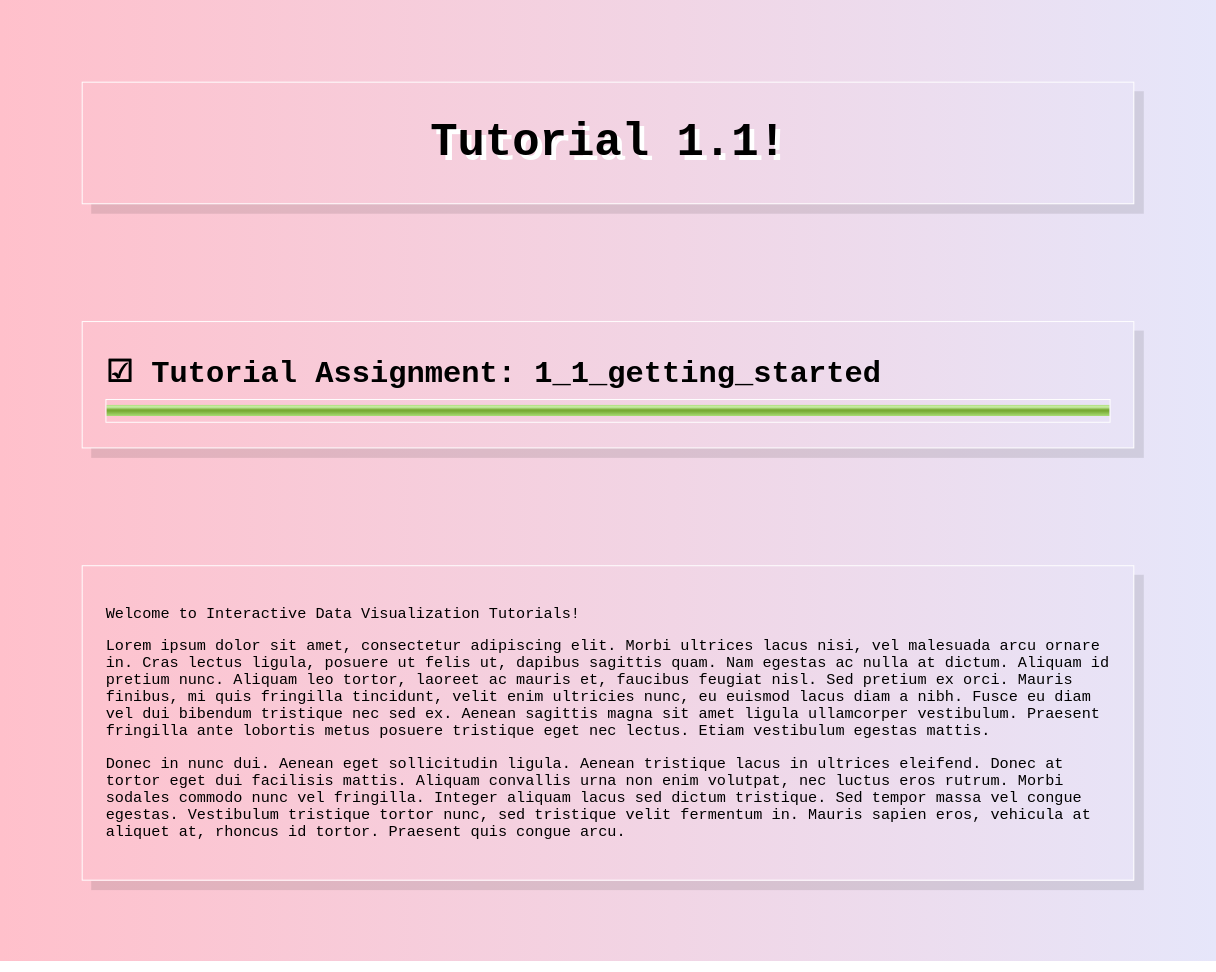
Repository: lisjak/Interactive-Data-Vis-Fall2022
Page: 1_1_getting_started/index.html
An editor plug-in stored every save of this project. The page is shown before and after the next save, followed by the edit.
The browser window is 1280 px wide. The pictures show the whole page, at 95% of full size.
Some web fonts or font styles are not loaded; a fallback is used.

Above is the page before, as saved 2022-09-04 22:12:19.

### 1_1_getting_started/index.html
<!DOCTYPE html>

<head>
    <meta charset="utf-8">

    <title>Interactive Data Visualization Tutorial</title>

    <link href="https://fonts.googleapis.com/css2?family=Azeret+Mono&display=swap" rel="stylesheet">

    <link rel="stylesheet" href="./style.css">
</head>

<body>
    <div>
        <h1>
            Tutorial 1.1!
        </h1>
    </div>
    <div>
        <h3>
            &#9745; Tutorial Assignment: 1_1_getting_started
        </h3>

        <meter min="0" max="100" low="0" high="100" optimum="100" value="100">100%</meter>
    </div>
    <div>
        <p>
            Welcome to Interactive Data Visualization Tutorials!
        </p>

        <p>
            Lorem ipsum dolor sit amet, consectetur adipiscing elit. Morbi ultrices lacus nisi, vel malesuada arcu ornare in. Cras lectus ligula, posuere ut felis ut, dapibus sagittis quam. Nam egestas ac nulla at dictum. Aliquam id pretium nunc. Aliquam leo tortor,
            laoreet ac mauris et, faucibus feugiat nisl. Sed pretium ex orci. Mauris finibus, mi quis fringilla tincidunt, velit enim ultricies nunc, eu euismod lacus diam a nibh. Fusce eu diam vel dui bibendum tristique nec sed ex. Aenean sagittis magna
            sit amet ligula ullamcorper vestibulum. Praesent fringilla ante lobortis metus posuere tristique eget nec lectus. Etiam vestibulum egestas mattis.
        </p>

        <p>
            Donec in nunc dui. Aenean eget sollicitudin ligula. Aenean tristique lacus in ultrices eleifend. Donec at tortor eget dui facilisis mattis. Aliquam convallis urna non enim volutpat, nec luctus eros rutrum. Morbi sodales commodo nunc vel fringilla. Integer
            aliquam lacus sed dictum tristique. Sed tempor massa vel congue egestas. Vestibulum tristique tortor nunc, sed tristique velit fermentum in. Mauris sapien eros, vehicula at aliquet at, rhoncus id tortor. Praesent quis congue arcu.
        </p>
    </div>
</body>

</html>

### 1_1_getting_started/style.css
body {
    background-image: linear-gradient(to right, pink, lavender);
    font-family: 'Azeret Mono', monospace;
    font-size: 16px;
    padding: 1em;
    display: flex;
    flex-direction: column;
}

div {
    align-items: center;
    justify-content: center;
    border: 1px solid white;
    padding: 2%;
    margin: 5%;
    box-shadow: 10px 10px 0px rgb(0 0 0 / 0.1);
    transition: 0.5s;
}

div:hover {
    border: 5px solid white;
    transition: 0.5s;
    box-shadow: 10px 10px 0px rgb(0 0 0 / 0.2);
}

meter {
    width: 100%;
    height: 25px;
    border: 1px solid white;
}

div h1 {
    font-size: 3em;
    margin: 0.25em 0;
    text-shadow: 5px 5px 0px white;
    text-align: center;
    font-weight: bold;
}

h3 {
    font-size: 2em;
    margin: 0.25em 0;
}

p {
    font-size: 1em;
    color: black;
}

After the next save:
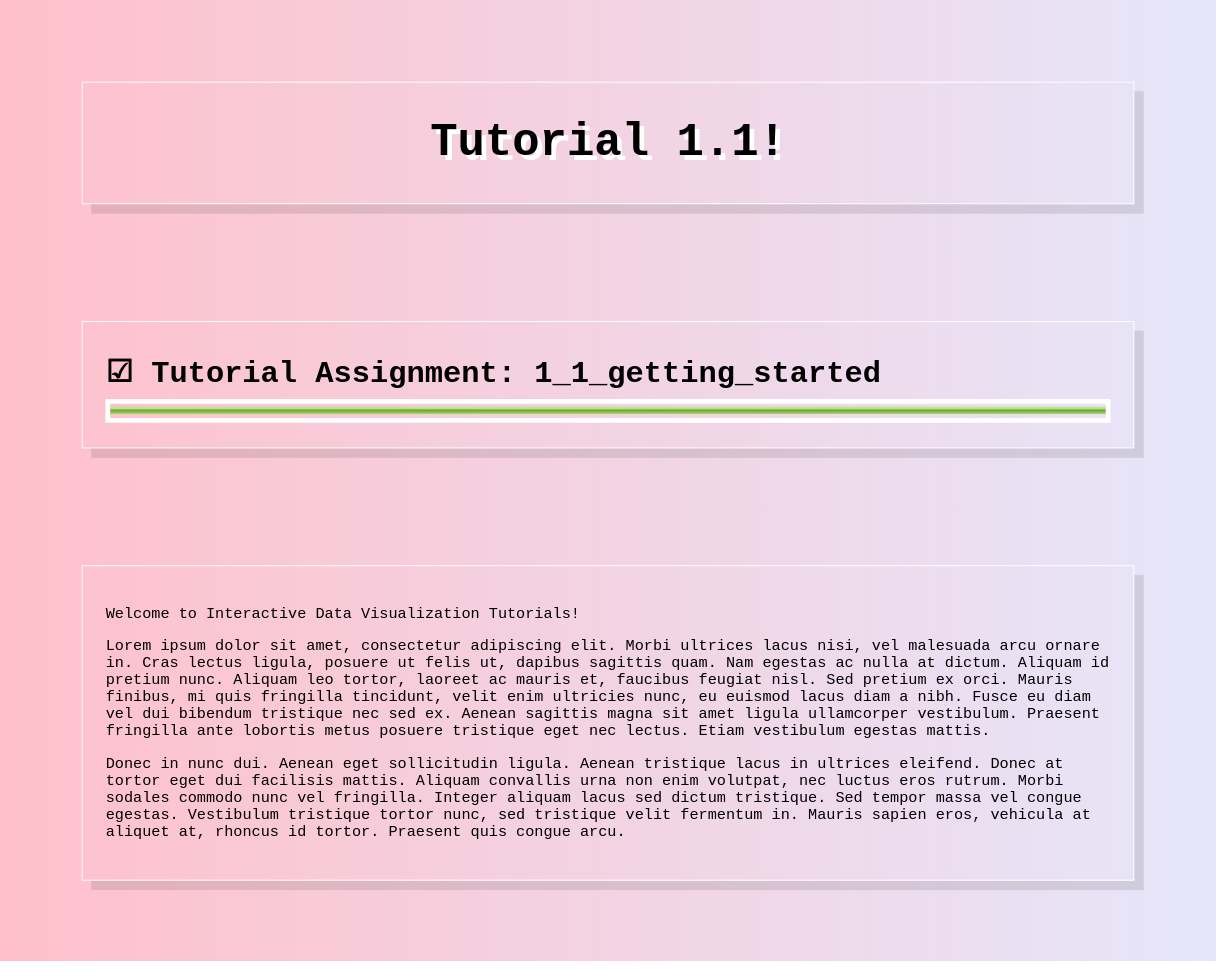
Saved 5 s later.
--- a/1_1_getting_started/style.css
+++ b/1_1_getting_started/style.css
@@ -26,7 +26,7 @@ div:hover {
 meter {
     width: 100%;
     height: 25px;
-    border: 1px solid white;
+    border: 5px solid white;
 }
 
 div h1 {
